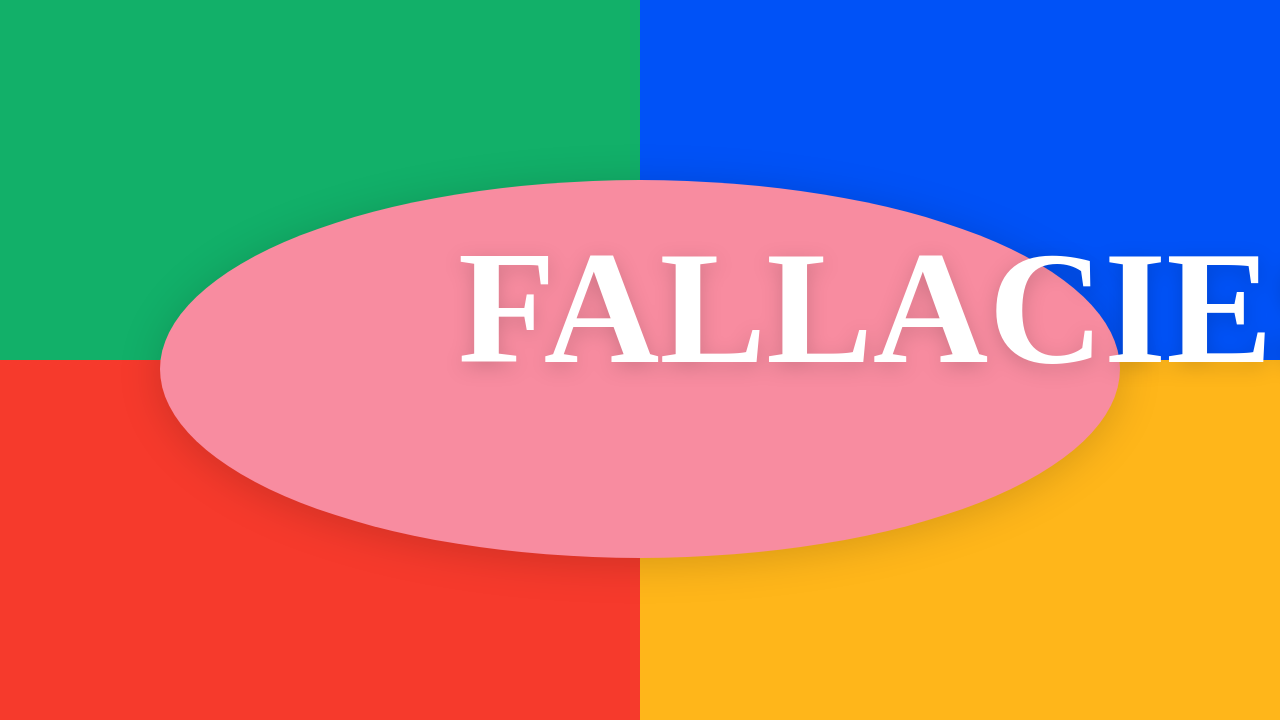
Repository: yafugray/fallacies
Page: project/Midterm project/index.html
These files come from the project's save history. The page is drawn as it stood at one moment and after the next save; the edit follows.
The browser window is 1280 px wide. The pictures show the whole page.

Above is the page before, as saved 2020-03-12 15:41:17.

### project/Midterm project/index.html
<!DOCTYPE html>
<html lang="en">
<head>
    <meta charset="UTF-8">
    <meta name="viewport" content="width=device-width, initial-scale=1.0">
    <title>Fallacies</title>
    <link href="app.css" rel="stylesheet">
</head>
<body>
    <div id="Mainpage">
        <div id="rec1"></div>
        <div id="rec2"></div>
        <div id="rec3"></div>
        <div id="rec4"></div>
        <div id="group1">
            <svg class="ellipse">
                <ellipse fill="rgba(248,140,160,1)" id="Ellipse_8" rx="75%" ry="75%" cx="50%" cy="75%">
                </ellipse>
            </svg>
            <div id="fallacies">
                <span>FALLACIES</span>
            </div>
        </div>
    </div>
</body>
</html>

### project/Midterm project/app.css
* {
    margin: 0;
    padding: 0;
    box-sizing: border-box;
    border: none;
}

#Mainpage {
    position: absolute;
    width: 100vw;
    height: 100vh;
    background-color: azure;
    overflow: hidden;
}
@keyframes fadein {

    0% {
        opacity: 0;
    }
    100% {
        opacity: 1;
    }

}

#rec1 {
	position: absolute;
	overflow: visible;
	width: 50vw;
	height: 50vh;
	left: 0px;
    top: 0px;
    background-color: rgba(18,176,105,1);
}
#rec4 {
	position: absolute;
	overflow: visible;
	width: 50vw;
	height: 50vh;
	left: 0px;
    bottom: 0px;
    background-color: rgba(246,58,44,1);
}
#rec2 {
	position: absolute;
	overflow: visible;
	width: 50vw;
	height: 50vh;
	right: 0px;
    top: 0px;
    background-color: rgba(0,82,247,1);
}
#rec3 {
	position: absolute;
	overflow: visible;
	width: 50vw;
	height: 50vh;
	right: 0px;
    bottom: 0px;
    background-color: rgba(255,182,26,1);
}

#group1 {
    position: relative;
	width: 70vw;
	/* height: 35vh; */
    left: 25%;
    right: 25%;
    top: 25%;
    bottom: 25%;
	overflow: visible;
	--web-animation: fadein 0.3s ease-out;
	--web-action-type: page;
	--web-action-target: custom___2.html;
	cursor: pointer;
}

.ellipse {
    filter: drop-shadow(0px 5px 20px rgba(0, 0, 0, 0.161));
	/* position: absolute; */
	overflow: visible;
	width: 50vw;
	height: 35vh;
    left: 0px;
    right:0px;
    top: 0px;
    bottom: 0px;
}

#fallacies {
    /* filter: drop-shadow(0px 5px 10px rgba(0, 0, 0, 0.161));
    font-family: TitlingGothicFB Narrow;
    font-style: normal;
    font-weight: bold;
    font-size: 10em;
    color: rgba(248,248,248,1);
    text-align: center;
	position: absolute;
    left: 50%;
    top: 50%;
    transform: translate( -50%, -50% ); */
    filter: drop-shadow(0px 5px 10px rgba(0, 0, 0, 0.161));
    font-family: TitlingGothicFB Narrow;
    font-style: normal;
    font-weight: bold;
    font-size: 10rem;
    width: 50vw;
    padding: 5px 10px;
	color: white;
	text-align: center;
	position: absolute;
	top: 50%;
	left: 50%;
    transform: translate( -50%, -50% );

}

After the next save:
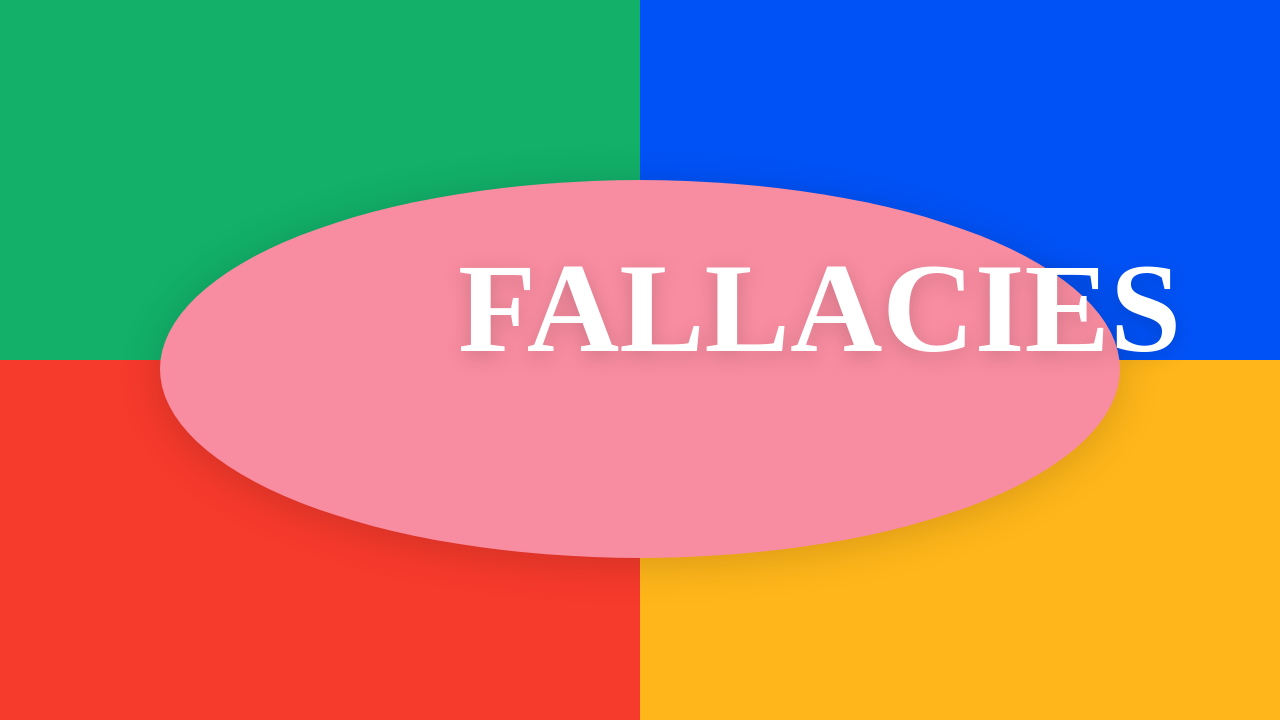
Saved 7 s later.
--- a/project/Midterm project/app.css
+++ b/project/Midterm project/app.css
@@ -103,7 +103,7 @@
     font-family: TitlingGothicFB Narrow;
     font-style: normal;
     font-weight: bold;
-    font-size: 10rem;
+    font-size: 8rem;
     width: 50vw;
     padding: 5px 10px;
 	color: white;
